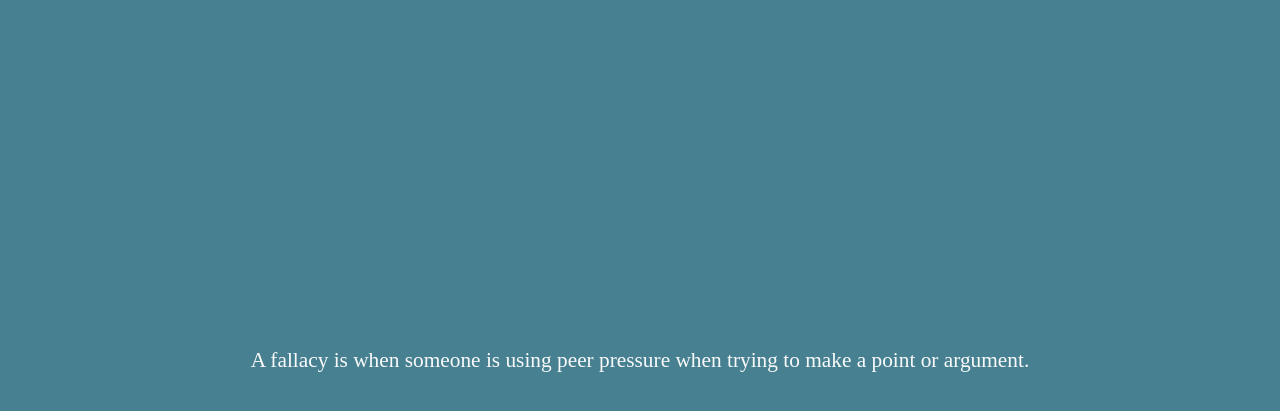
Repository: cindyvunguyen/fallacy
Page: index.html
These files come from the project's save history. The page is drawn as it stood at one moment and after the next save; the edit follows.
The browser window is 1280 px wide. The pictures show the whole page.
Some web fonts or font styles are not loaded; a fallback is used.

Above is the page before, as saved 2020-03-13 19:34:48.

### index.html
<!DOCTYPE html>
<html lang="en">
<head>
    <meta charset="UTF-8">
    <meta name="viewport" content="width=device-width, initial-scale=1.0">
    <title>FALLACIES</title>
    <link href="style.css" rel="stylesheet" type="text/css">
</head>
<body>
    <div id="app">

        <!-- CINDY START -->

        <div id="home-page"></div>

        <div id="lets-start-page"></div>

        <div id="question-page"></div>

        <!-- CINDY END -->

        <!-- SOPHIA START -->

        <!-- when making it one page -->

        <div id="correct-incorrect-page">
            <div id="icon"></div>
            <div id="cip-text1">HORRAY!</div> <!-- incorrect, change to "oh no!" -->
            <div id="cip-a-outcome">
                <div id="cip-text2">You avoided the</div> <!-- icorrect, change to "you committed the"-->
                <div id="cip-fallacy">BANDWAGON FALLACY</div>
                <div id="cip-text2">which is</div>
            </div>
            <div id="cip-definition">Listening to what is popular instead of listening to yourself.</div>
            <button class="white-button" onclick="incorrectPage()">NEXT QUESTION</button> <!-- placeholder for js page switch-->
        </div>

        <div id="results-page">
            <div id="rp-text">
                <div id="rp-message">YOU GOT...</div> <!-- game over, change to "game over" -->
                <div id="rp-results"># out of 10 scenarios</div>  <!-- game over, change to "you commited too many fallacies" -->
                <div id="rp-congrats">AMAZING JOB!</div> <!-- game over, message disappears -->
            </div>
            <button class="grey-button" onclick="gameOver()">VIEW FALLACIES</button>
        </div>

        <!-- SOPHIA END -->

        <!-- CHLOE START -->

        <div id="review-page">LET'S SUM UP<br>WHAT WE'VE GOT SO FAR!</div>

        <div id="review2-page">
            A fallacy is when someone is using peer pressure when trying to make a point or argument.
        </div>

        <div id="fallacy-review-page"></div>

        <div id="three-fallacies-page"></div>
        <!-- change the page's content with JS to show all three fallacies when clicked -->

        <!-- CHLOE END -->
        <script src="js.js"></script>
    </div>
</body>
</html>

### style.css
body {
    margin: 0;
}

#app {
    width: 100vw;
    height: 100vh;
    font-family: Visby;
    background-color: #468091;
    color: #FAFAFA;
}

@font-face {
    font-family: Visby;
    src: url(fonts/VisbyRoundCF-Regular.otf) format("woff");
}

@font-face {
    font-family: Visby;
    src: url(fonts/VisbyRoundCF-ExtraBold.otf) format("woff");
    font-weight: bold;
}

.pink-button {
    height: 100px;
    width: 700px;
    background-color: #ed2265;
    border: 0px;
    border-radius: 75px;
    font-family: Visby;
    font-weight: bold;
    font-size: 36pt;
    color: #FAFAFA;
    outline: 0;
}

.pink-button:active {
    background-color: #9c1542;
}

.white-button {
    height: 100px;
    width: 700px;
    background-color: #FAFAFA;
    border: 0px;
    border-radius: 75px;
    font-family: Visby;
    font-weight: bold;
    font-size: 36pt;
    color: #303030;
    outline: 0;
}

.white-button:active {
    background-color: #9e9e9e;
}

.grey-button {
    height: 100px;
    width: 700px;
    background-color: #303030;
    border: 0px;
    border-radius: 75px;
    font-family: Visby;
    font-weight: bold;
    font-size: 36pt;
    color: #FAFAFA;
    outline: 0;
}

.grey-button:active {
    background-color: #000000;
}

/* CINDY START */

/* CINDY END */

/* SOPHIA START */

/* correct page */
#correct-incorrect-page {
    width: 100vw;
    height: 100vh;
    /* display: flex; */
    display: none;
    flex-direction: column;
    align-items: center;
    justify-content: center;
    background-color: #6eb748; /* incorrect, change to #860000*/
}

#icon {
    background-color: olive;
    width: 150px;
    height: 150px;
    border-radius: 50%;
}

#cip-text1 {
    font-size: 36pt;
    font-weight: bold;
    padding: 35px 0;
}

#cip-text2 {
    font-size: 16pt;
    font-weight: bold;
}

#cip-fallacy {
    font-size: 36pt;
    font-weight: bold;
}

#cip-definition {
    font-size: 16pt;
    line-height: 150px;
}

#cip-a-outcome {
    line-height: 60px;
    display: flex;
    flex-direction: column;
    align-items: center;
    justify-content: center;
}

/* results page */
#results-page {
    width: 100vw;
    height: 100vh;
    /* display: flex; */
    display: none;
    flex-direction: column;
    align-items: center;
    justify-content: center;
    /* background-color: #860000; */ /* for game over page when combined */
}

#rp-text {
    padding: 0 0 75px 0;
    line-height: 75px;
    display: flex;
    flex-direction: column;
    align-items: center;
    justify-content: center;
}

#rp-message {
    font-size: 48pt;
    font-weight: bold;
}

#rp-results {
    font-size: 16pt;
    font-weight: bold;
}

#rp-congrats {
    font-size: 48pt;
    font-weight: bold;
}

/* SOPHIA END */

/* CHLOE START */

/* review page */
#review-page {
    width: 100vw;
    height: 100vh;
    /* display: flex; */
    display: none;
    flex-direction: column;
    align-items: center;
    justify-content: center;
    font-size: 48pt;
    font-weight: bold;
    text-align: center;
    }

#review2-page {
    width: 100vw;
    height: 100vh;
    display: flex;
    /* display: none; */
    flex-direction: column;
    align-items: center;
    justify-content: center;
    font-size: 16pt;
    text-align: center;
}
/* CHLOE END */

### js.js
// CINDY START

// CINDY END

// SOPHIA START

//            fallacy:"BANDWAGON FALLACY",
//            definition:"Listening to what is popular instead of listening to yourself."

//            fallacy:"APPEAL TO EMOTIONS",
//            definition:"Using people's feelings to convince them or win an argument."

//            fallacy:"AD HOMINEM",
//            definition:"Attacking someone instead of listening to what they're saying."

function incorrectPage() {
    document.querySelector("#correct-incorrect-page").style.backgroundColor = "#860000";
    document.querySelector("#cip-text1").innerText = "OH NO!";
    document.querySelector("#cip-text2").innerText = "You committed the";
    document.querySelector("#icon").style.backgroundColor = "#b34c20";
}

function gameOver() {
    document.querySelector("#results-page").style.backgroundColor = "#860000";
    document.querySelector("#rp-message").innerText = "GAME OVER";
    document.querySelector("#rp-results").innerText = "You committed too many fallacies";
    document.querySelector("#rp-congrats").style.display = "none";
}

// SOPHIA END

// CHLOE START

// CHLOE END

After the next save:
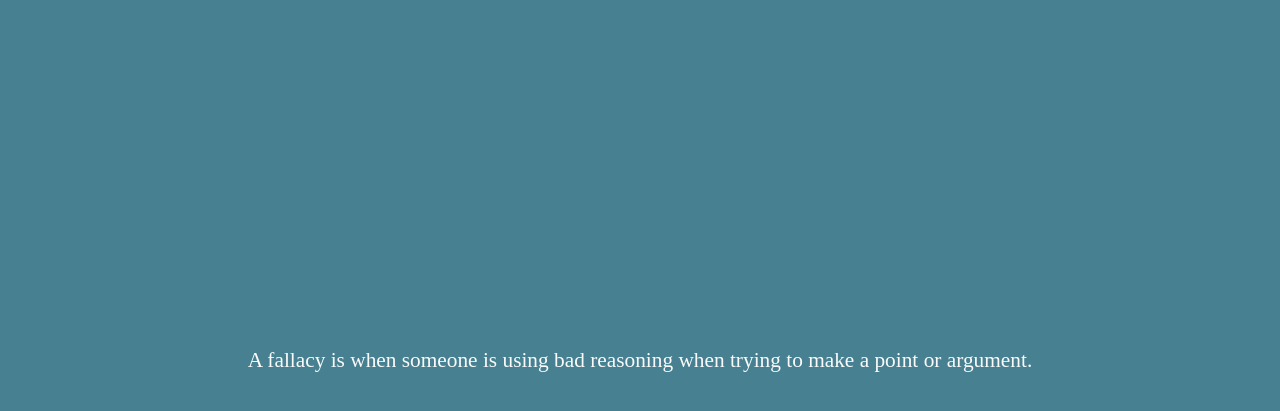
Saved 18 s later.
--- a/index.html
+++ b/index.html
@@ -51,7 +51,7 @@
         <div id="review-page">LET'S SUM UP<br>WHAT WE'VE GOT SO FAR!</div>
 
         <div id="review2-page">
-            A fallacy is when someone is using peer pressure when trying to make a point or argument.
+            A fallacy is when someone is using bad reasoning when trying to make a point or argument.
         </div>
 
         <div id="fallacy-review-page"></div>
